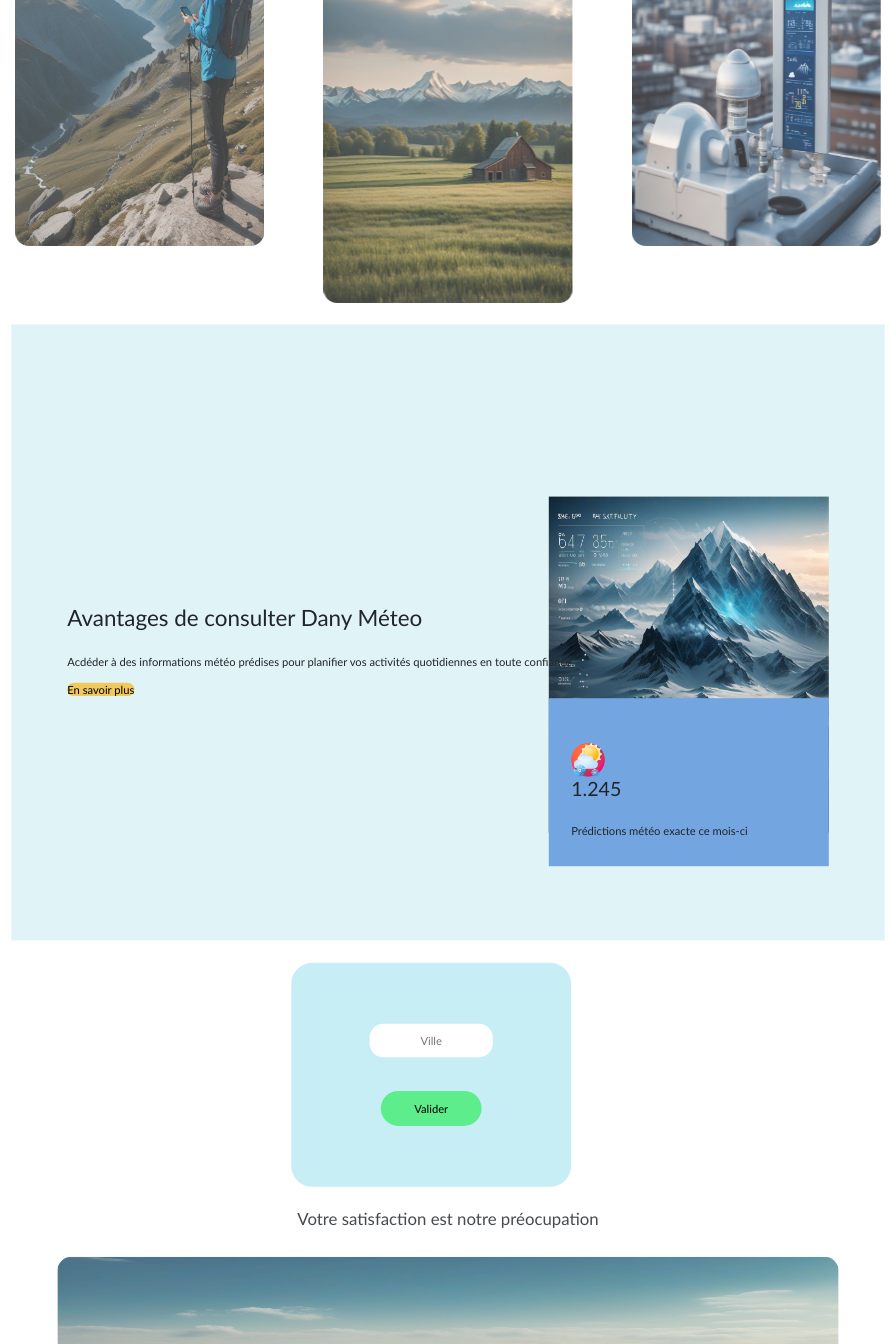
Repository: Dany-py/Meteo
Page: MeteoDjango/MeteoDjango/Meteo/templates/Accueil.html
The author's editor kept a copy of each file at every save. The page is drawn from the files as they stood at one save, then again after a run of saves.
The browser window is 1280 px wide. The pictures show the part of the page from y = 1139 to 3059 px (the page is 3622 px tall), at 70% of full size.
The template is drawn by Django 5.2. The application's start-up code is not run. The template is opened directly, without the code that normally fills it, so the values that code supplies are empty.

Above is the page before, as saved 2024-11-25 20:23:02.
Console error: TypeError: Cannot read properties of null (reading 'addEventListener')

After the next 2 saves:
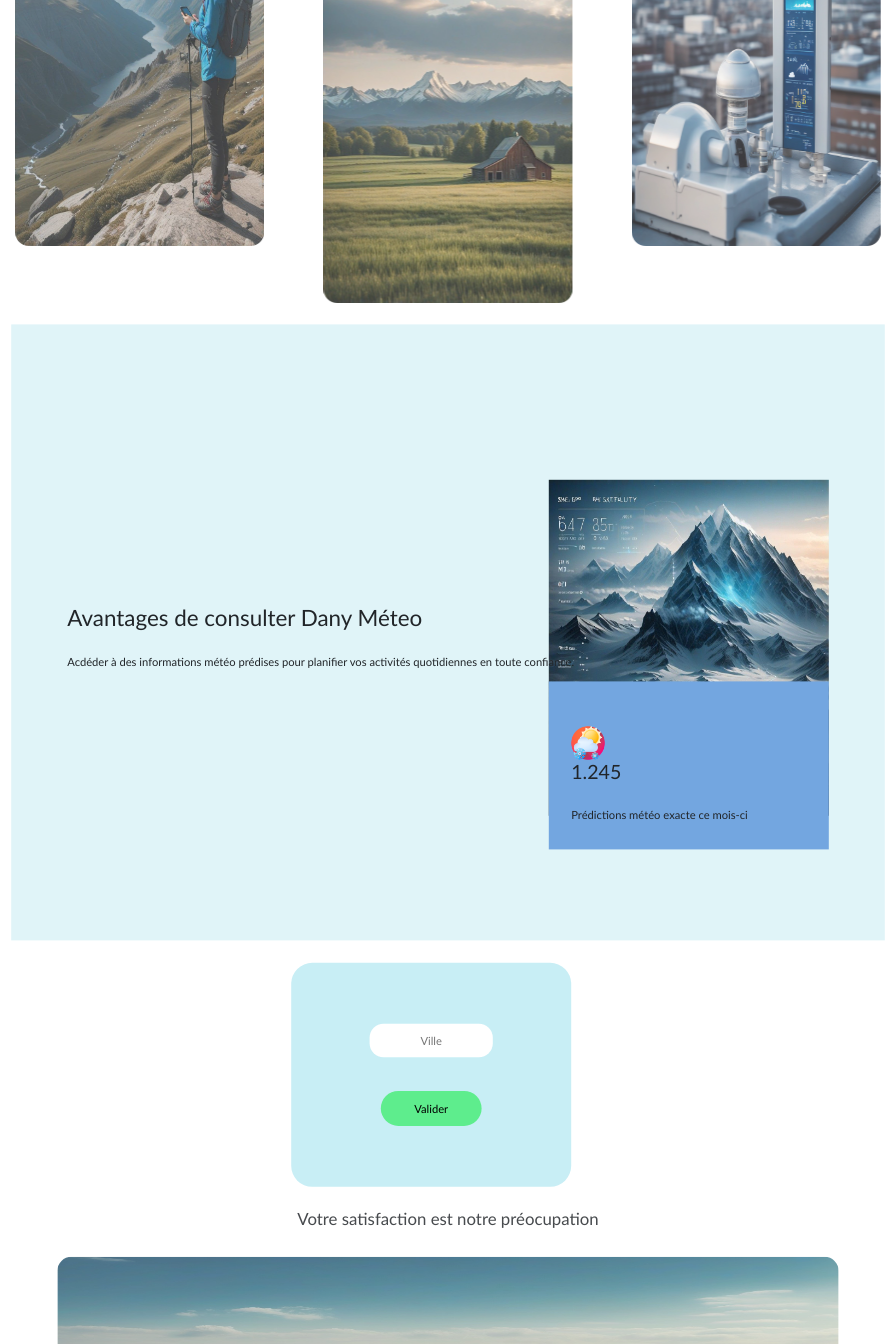
The 2 saves are shown as one change because they came seconds apart.
The last was saved 95 s later.
--- a/MeteoDjango/MeteoDjango/Meteo/templates/Accueil.html
+++ b/MeteoDjango/MeteoDjango/Meteo/templates/Accueil.html
@@ -78,8 +78,7 @@
     <div class="writen">
       <h2>Avantages de consulter Dany Méteo</h2> <br>
       <p>Acdéder à des informations météo prédises pour planifier vos activités quotidiennes en toute confiance.</p>
-      <a href="">En savoir plus</a>
-    </div>
+          </div>
 
     <div class="figure">
       <img src="{% static 'img/img3.jpg' %}">
